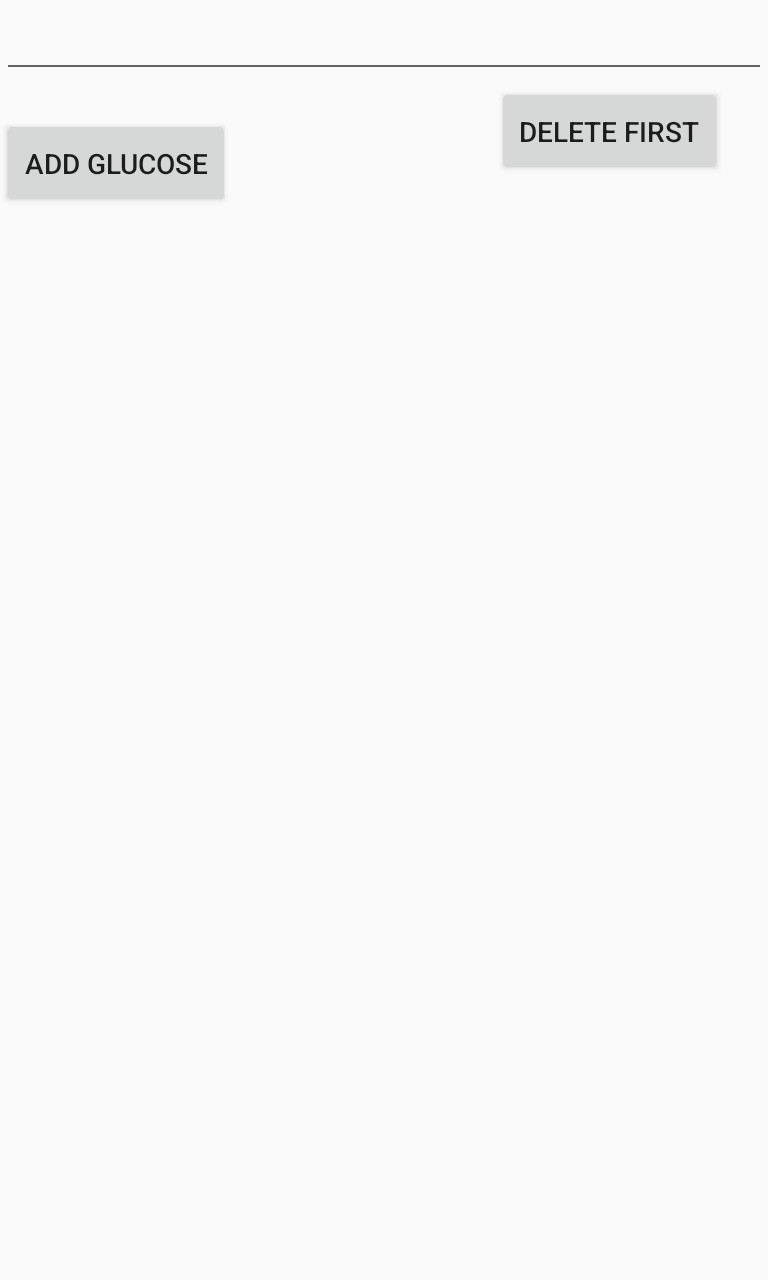
Repository: luo-yu/AndroidProjects
Layout: Untitled Folder/SQLiteGlucose/res/layout/fragment_edit_glucose.xml
These files come from the project's save history. The layout is drawn as it stood at one moment and after the next save; the edit follows.
It is drawn on a 768 x 1280 px phone screen (xhdpi) without system bars, with theme AppTheme; the app's code is not run. Lists and similar views that code fills are empty.

Above is the layout before, as saved 2014-05-02 12:53:01.

After the next save:
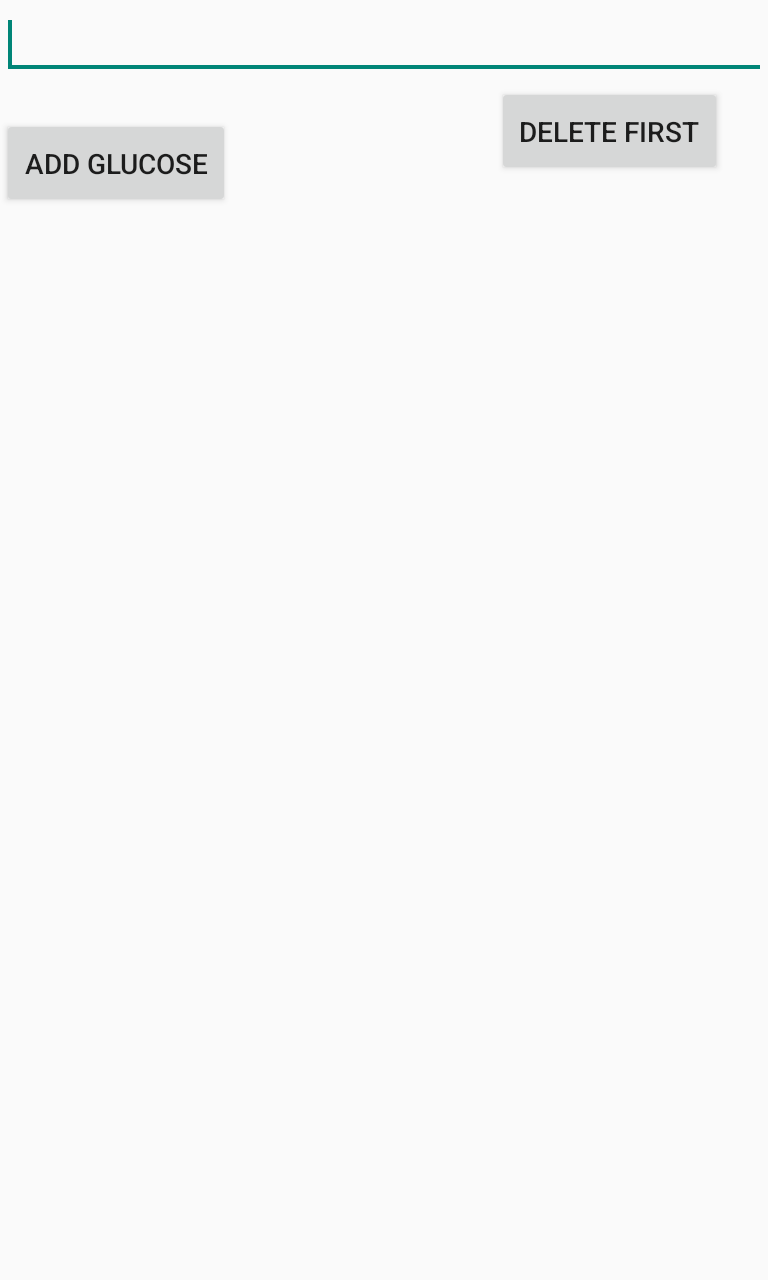
Saved 48 s later.
--- a/Untitled Folder/SQLiteGlucose/res/layout/fragment_edit_glucose.xml
+++ b/Untitled Folder/SQLiteGlucose/res/layout/fragment_edit_glucose.xml
@@ -1,24 +1,25 @@
 <RelativeLayout xmlns:android="http://schemas.android.com/apk/res/android"
     android:layout_width="match_parent"
     android:layout_height="match_parent"
-    android:orientation = "vertical" >
+    android:orientation="vertical" >
 
-  <EditText
+    <EditText
         android:id="@+id/editText1"
         android:layout_width="wrap_content"
         android:layout_height="wrap_content"
-        android:layout_weight = "1"
         android:layout_alignParentLeft="true"
         android:layout_alignParentRight="true"
         android:layout_alignParentTop="true"
-        android:ems="10" />
+        android:layout_weight="1"
+        android:ems="10" >
 
+        <requestFocus />
+    </EditText>
 
     <Button
         android:id="@+id/btn_add_glucose"
         android:layout_width="wrap_content"
         android:layout_height="wrap_content"
-
         android:layout_alignParentLeft="true"
         android:layout_below="@+id/editText1"
         android:layout_marginTop="16dp"
@@ -33,10 +34,10 @@
         android:layout_marginRight="22dp"
         android:text="Delete First" />
 
-       <ListView
-           android:id="@+id/listView1"
-           android:layout_width="wrap_content"
-           android:layout_height="wrap_content" >
-       </ListView>
+    <ListView
+        android:id="@+id/listView1"
+        android:layout_width="wrap_content"
+        android:layout_height="wrap_content" >
+    </ListView>
 
 </RelativeLayout>
